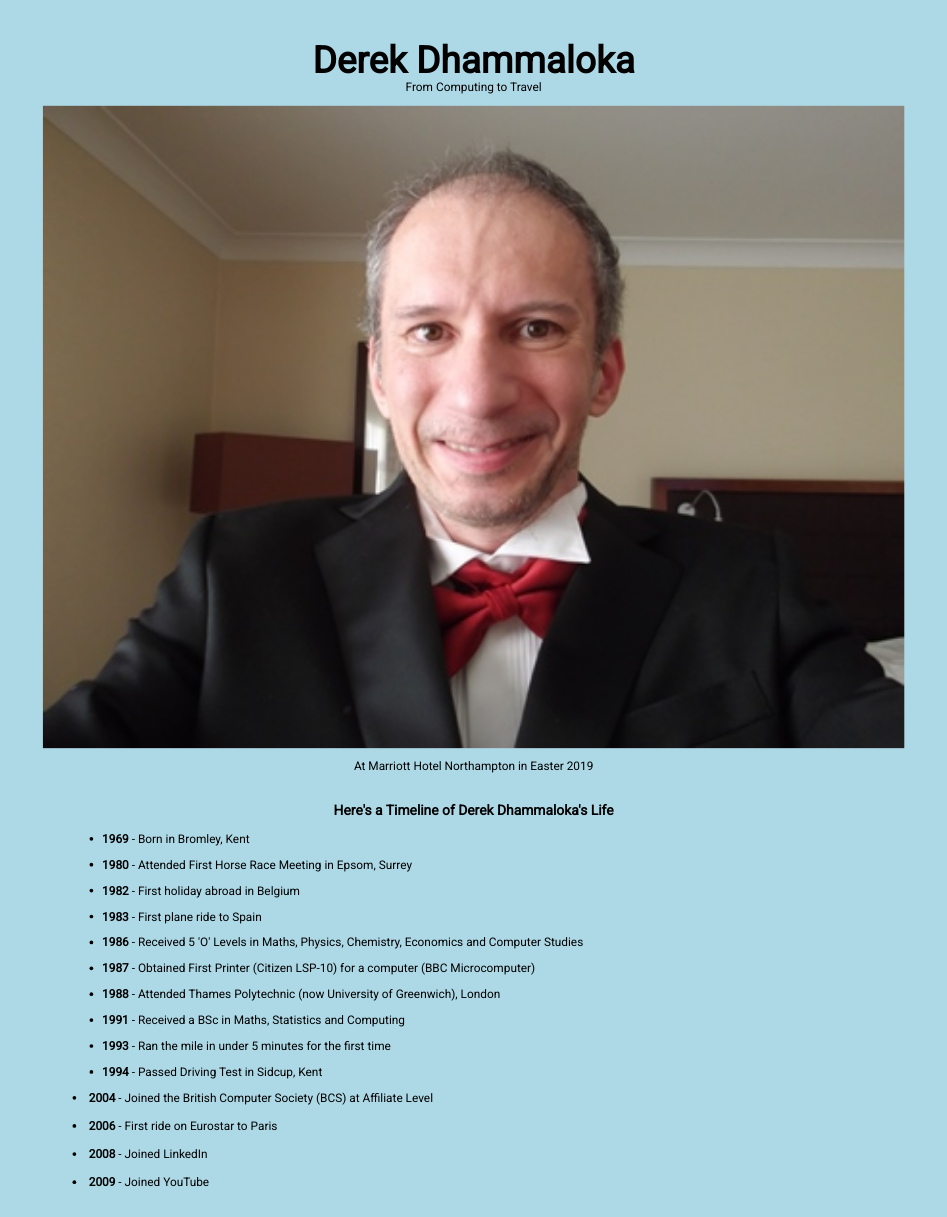
Repository: derektypist/tribute-page
Page: index.html
The author's editor kept a record of every edit. The page is drawn from the files as they stood at one moment, then again after the next edit.
The browser window is 1280 px wide. The pictures show the whole page, at 74% of full size.

Above is the page before.

### index.html
<!DOCTYPE html>
<html lang="en">

<head>
    <meta charset="UTF-8">
    <meta name="viewport" content="width=device-width, initial-scale=1.0">
    <meta http-equiv="X-UA-Compatible" content="ie=edge">
    <title>Derek Dhammaloka Tribute Page</title>
    <!-- Load Style Sheets -->
    <link href="https://fonts.googleapis.com/css?family=Roboto&display=swap" rel="stylesheet">
    <style>
        /* Main Styles */

        #main {
            font-family: "Roboto", Arial, Verdana, sans-serif;
            background-color: lightblue;
            padding: 10px;
            text-align: center;
        }



        /* Title */

        #title {
            font-weight: 700;
            font-size: 50px;
            text-align: center;
        }


        /* Images */

        #img-div {
            position: relative;
            bottom: 35px;
        }

        #image {
            width: 100%;
            display: block;
            height: auto;
        }

        #img-caption {
            position: relative;
            top: 15px;
        }

        /* Tribute Info */

        #tribute-info {

            text-align: left;
            margin-left: 80px;

        }
    </style>
</head>

<body id="main">
    <!-- Set Header Element -->
    <header>
        <h1 id="title">Derek Dhammaloka</h1>
    </header>

    <!-- Set Main Element -->
    <main>

        <!-- Display Image with its Caption -->
        <div id="img-div">
            <p>From Computing to Travel</p>
            <figure>
                <img src="derek.JPG" id="image" title="At Marriott Hotel Northampton - Easter 2019" alt="At Marriott Hotel Northampton - Easter 2019">
                <figcaption id="img-caption">At Marriott Hotel Northampton in Easter 2019</figcaption>
            </figure>
        </div>
        <section>
            <h3>Here's a Timeline of Derek Dhammaloka's Life</h3>
            <!-- Display Tribute Information -->
            <article id="tribute-info">
                <!-- Display Information for 1969 -->
                <ul>
                    <li><strong>1969 </strong>- Born in Bromley, Kent</li>
                </ul>

                <!-- Display Information for 1980 -->
                <ul>
                    <li><strong>1980 </strong>- Attended First Horse Race Meeting in Epsom, Surrey</li>
                </ul>

                <!-- Display Information for 1982 -->
                <ul>
                    <li><strong>1982 </strong>- First holiday abroad in Belgium</li>
                </ul>

                <!-- Display Information for 1983 -->
                <ul>
                     <li><strong>1983 </strong>- First plane ride to Spain</li>
                </ul>

                <!-- Display Information for 1986 -->
                <ul>
                    <li><strong>1986 </strong>- Received 5 'O' Levels in Maths, Physics, Chemistry, Economics and Computer Studies</li>
                </ul>

                <!-- Display Information for 1987 -->
                <ul>
                    <li><strong>1987 </strong>- Obtained First Printer (Citizen LSP-10) for a computer (BBC Microcomputer)</li>
                </ul>


                <!-- Display Information for 1988 -->
                <ul>
                    <li><strong>1988 </strong>- Attended Thames Polytechnic (now University of Greenwich), London</li>
                </ul>

                <!-- Display Information for 1991 -->
                <ul>
                   <li><strong>1991 </strong>- Received a BSc in Maths, Statistics and Computing</li>
                </ul>

                <!-- Display Information for 1993 -->
                <ul>
                    <li><strong>1993 </strong>- Ran the mile in under 5 minutes for the first time</li>
                </ul>

                <!-- Display Information for 1994 -->
                <ul>
                    <li><strong>1994 </strong>- Passed Driving Test in Sidcup, Kent</li>
                </ul>

                <!-- Display Information for 1997 -->

                <li><strong>2004 </strong>- Joined the British Computer Society (BCS) at Affiliate Level</li>
                <br>
                <li><strong>2006 </strong>- First ride on Eurostar to Paris</li>
                <br>
                <li><strong>2008 </strong>- Joined LinkedIn</li>
                <br>
                <li><strong>2009 </strong>- Joined YouTube</li>
                <br>
            </article>
        </section>
    </main>
</body>

</html>

After the next edit:
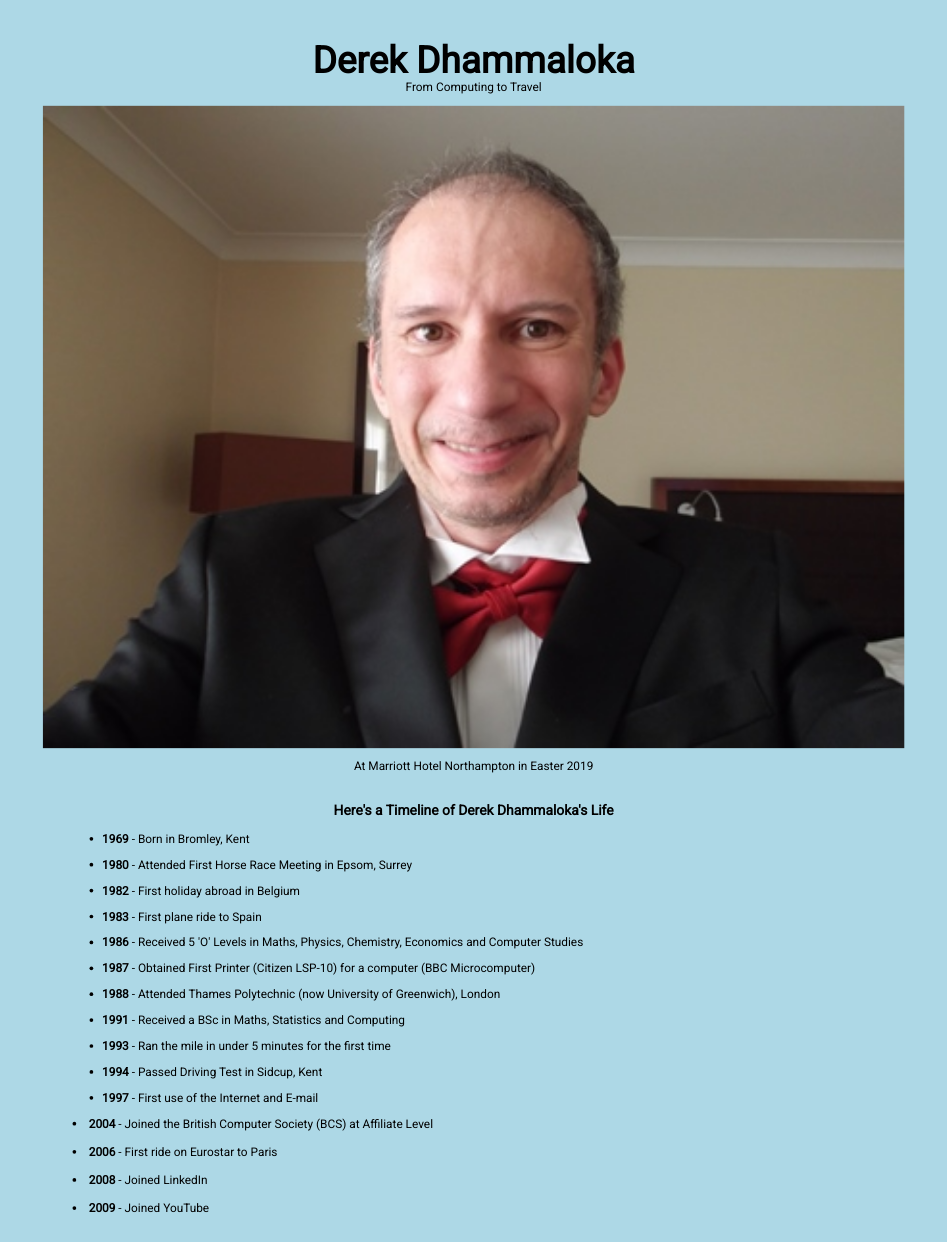
The edit:
--- a/index.html
+++ b/index.html
@@ -131,7 +131,9 @@
                 </ul>
 
                 <!-- Display Information for 1997 -->
-
+                <ul>
+                    <li><strong>1997 </strong>- First use of the Internet and E-mail</li>
+                </ul>
                 <li><strong>2004 </strong>- Joined the British Computer Society (BCS) at Affiliate Level</li>
                 <br>
                 <li><strong>2006 </strong>- First ride on Eurostar to Paris</li>
